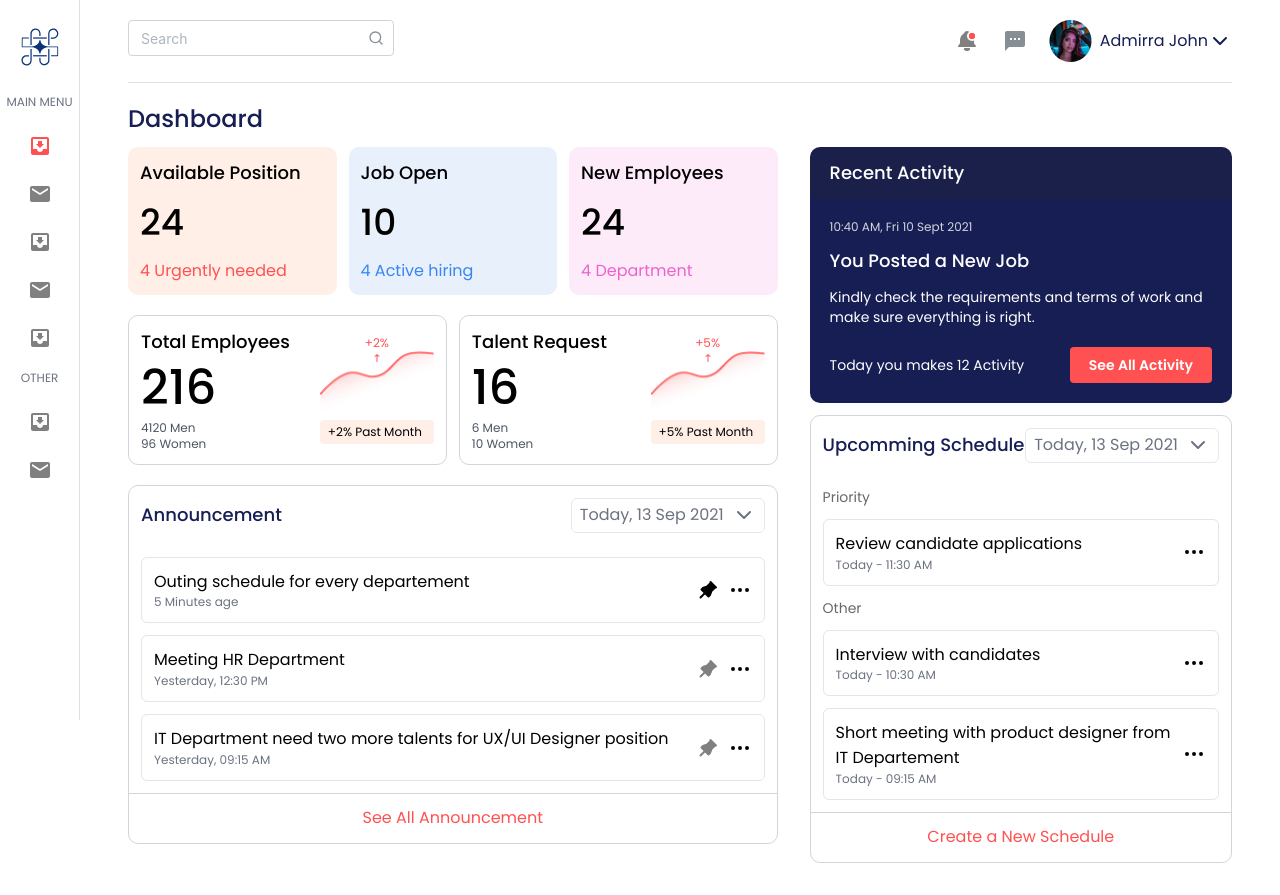
Repository: SatyaDewangan05/sample-dashboard
Page: /
These files come from the project's save history. The page is drawn as it stood at one moment and after the next save; the edit follows.
The browser window is 1280 px wide. The pictures show the whole page.
The project was rebuilt for these pictures with package versions that can differ from the ones it lists, and the page was loaded fresh each time. The framework's server and built-in components were replaced by stand-ins that run in the browser. Also part of the build but not shown: next.config.mjs.

Above is the page before, as saved 2024-09-22 09:53:27.

### src/app/layout.js
import localFont from "next/font/local";
import "./globals.css";
import { MantineProvider } from "@mantine/core";
import "@mantine/core/styles.css";

const geistSans = localFont({
  src: "./fonts/GeistVF.woff",
  variable: "--font-geist-sans",
  weight: "100 900",
});
const geistMono = localFont({
  src: "./fonts/GeistMonoVF.woff",
  variable: "--font-geist-mono",
  weight: "100 900",
});

import { Poppins } from "next/font/google";
const poppins = Poppins({
  weight: ["400", "500", "600", "700"], // You can choose different weights like '300', '500' etc.
  subsets: ["latin"],
});

export const metadata = {
  title: "Create Next App",
  description: "Generated by create next app",
};

export default function RootLayout({ children }) {
  return (
    <html lang="en">
      <body className={`${poppins.className} antialiased bg-white`}>
        <MantineProvider>{children}</MantineProvider>
      </body>
    </html>
  );
}

### src/app/page.jsx
"use client";

import Image from "next/image";
import MiniDrawer from "./components/Drawer";
import {
  ActionIcon,
  Anchor,
  Avatar,
  Button,
  Divider,
  Indicator,
  TextInput,
  Title,
} from "@mantine/core";
import { Search } from "lucide-react";
import {
  IconBellFilled,
  IconChevronCompactDown,
  IconChevronDown,
  IconDots,
  IconMenu2,
  IconPinFilled,
} from "@tabler/icons-react";
import TextsmsIcon from "@mui/icons-material/Textsms";
import DP from "@/images/dp.png";
import ThreeData from "./components/card/ThreeData";
import DetailChart from "./components/card/DetailChart";
import Event from "./components/card/Event";
import { useState } from "react";

export default function Home() {
  const [open, setOpen] = useState(false);
  return (
    <div className="flex">
      <MiniDrawer open={open} setOpen={setOpen} />
      <div className="w-full px-12">
        {/* Top Bar */}
        <div className="w-full py-5 flex justify-between relative">
          <div className="h-24 w-24 lg:hidden absolute -left-9 top-6 z-10 ">
            <IconMenu2
              className="hover:opacity-70 hover:cursor-pointer"
              onClick={() => setOpen((prevState) => !prevState)}
            />
          </div>
          <TextInput placeholder="Search" rightSection={<Search size={16} />} />
          <div className="flex items-center gap-5">
            <ActionIcon
              variant="transparent"
              color="gray"
              // c="black"
              aria-label="Settings"
            >
              <Indicator color="#FF5151" offset={7} withBorder>
                <IconBellFilled color="gray" />
              </Indicator>
            </ActionIcon>
            <ActionIcon
              variant="transparent"
              color="gray"
              // c="black"
              aria-label="Settings"
            >
              <TextsmsIcon color="gray" />
            </ActionIcon>
            <div className="flex gap-2 items-center">
              <Image src={DP} />
              <Anchor
                href="https://mantine.dev/"
                target="_blank"
                underline="never"
                c="#161E54"
              >
                <div className="flex items-center">
                  Admirra John
                  <IconChevronDown />
                </div>
              </Anchor>
            </div>
          </div>
        </div>

        <Divider />

        <div className="w-full py-5">
          <p className="text-2xl font-medium text-[#161E54]">Dashboard</p>
          <div className="py-3 grid grid-cols-1 lg:grid-cols-5 gap-5 lg:gap-8">
            {/* Left Section */}
            <div className="lg:col-span-3 flex flex-col gap-5">
              <div className="grid grid-cols-3 gap-3">
                <ThreeData
                  heading="Available Position"
                  figure={24}
                  text="4 Urgently needed"
                  bgColor="#FFEFE7"
                  textColor="#FF5151"
                />
                <ThreeData
                  heading="Job Open"
                  figure={10}
                  text="4 Active hiring"
                  bgColor="#E8F0FB"
                  textColor="#3786F1"
                />
                <ThreeData
                  heading="New Employees"
                  figure={24}
                  text="4 Department"
                  bgColor="#FDEBF9"
                  textColor="#EE61CF"
                />
              </div>
              <div className="grid grid-cols-2 gap-3">
                <DetailChart
                  heading="Total Employees"
                  figure={216}
                  texts={["4120 Men", "96 Women"]}
                  variation="+2%"
                />
                <DetailChart
                  heading="Talent Request"
                  figure={16}
                  texts={["6 Men", "10 Women"]}
                  variation="+5%"
                />
              </div>

              {/* Announcement */}
              <div className="rounded-[10px] border border-gray-300">
                <div className="p-3 flex justify-between items-center">
                  <p className="text-lg font-medium text-[#161E54]">
                    Announcement
                  </p>
                  <div className="px-2 py-1 rounded-md border border-gray-200 flex items-center gap-2 text-gray-500">
                    <p>Today, 13 Sep 2021</p>
                    <IconChevronDown />
                  </div>
                </div>
                <div className="p-3 flex flex-col gap-3">
                  <Event
                    text="Outing schedule for every departement"
                    lastUpdate="5 Minutes age"
                    pin={true}
                    prePinned={true}
                  />
                  <Event
                    text="Meeting HR Department"
                    lastUpdate="Yesterday, 12:30 PM"
                    pin={true}
                  />
                  <Event
                    text="IT Department need two more talents for UX/UI Designer position"
                    lastUpdate="Yesterday, 09:15 AM"
                    pin={true}
                  />
                </div>
                <Divider color="#d1d5db" />
                <div className="p-3 text-[#FF5151] text-center hover:text-opacity-60 hover:cursor-pointer">
                  {" "}
                  See All Announcement
                </div>
              </div>
            </div>

            {/* Right Section */}
            <div className="lg:col-span-2 flex lg:flex-col gap-3 items-start">
              <div className="rounded-[10px] overflow-hidden text-white">
                <p className="px-5 py-3 text-lg font-medium bg-[#1B204A]">
                  Recent Activity
                </p>
                <div className="p-5 bg-[#161E54]">
                  <p className="text-xs text-gray-300">
                    10:40 AM, Fri 10 Sept 2021
                  </p>
                  <p className="mt-3 text-lg font-medium">
                    You Posted a New Job
                  </p>
                  <p className="mt-3 text-sm">
                    Kindly check the requirements and terms of work and make
                    sure everything is right.
                  </p>
                  <div className="mt-5 lg:flex justify-between items-center">
                    <p className="text-sm mb-5 lg:mb-0">
                      Today you makes 12 Activity
                    </p>
                    <Button color="#FF5151" c="white">
                      See All Activity
                    </Button>
                  </div>
                </div>
              </div>
              <div className="rounded-[10px] border border-gray-300">
                <div className="p-3 flex justify-between items-center">
                  <p className="text-lg font-medium text-[#161E54]">
                    Upcomming Schedule
                  </p>
                  <div className="px-2 py-1 rounded-md border border-gray-200 flex items-center gap-2 text-gray-500">
                    <p>Today, 13 Sep 2021</p>
                    <IconChevronDown />
                  </div>
                </div>
                <div className="p-3 flex flex-col gap-3 overflow-hidden">
                  <p className="text-sm text-[#686868]">Priority</p>
                  <Event
                    text="Review candidate applications"
                    lastUpdate="Today - 11:30 AM"
                  />
                  <p className="text-sm text-[#686868]">Other</p>
                  <Event
                    text="Interview with candidates"
                    lastUpdate="Today - 10:30 AM"
                  />
                  <Event
                    text="Short meeting with product designer from IT Departement"
                    lastUpdate="Today - 09:15 AM"
                  />
                </div>
                <Divider color="#d1d5db" />
                <div className="p-3 text-[#FF5151] text-center hover:text-opacity-60 hover:cursor-pointer">
                  {" "}
                  Create a New Schedule
                </div>
              </div>
            </div>
          </div>
        </div>
      </div>
    </div>
  );
}

### src/app/globals.css
@tailwind base;
@tailwind components;
@tailwind utilities;

:root {
  --background: #ffffff;
  --foreground: #171717;
}

/* @media (prefers-color-scheme: dark) {
  :root {
    --background: #0a0a0a;
    --foreground: #ededed;
  }
} */

body {
  color: var(--foreground);
  background: var(--background);
  font-family: Arial, Helvetica, sans-serif;
}

@layer utilities {
  .text-balance {
    text-wrap: balance;
  }
}

@layer base {
  :root {
    --background: 0 0% 100%;
    --foreground: 0 0% 3.9%;
    --card: 0 0% 100%;
    --card-foreground: 0 0% 3.9%;
    --popover: 0 0% 100%;
    --popover-foreground: 0 0% 3.9%;
    --primary: 0 0% 9%;
    --primary-foreground: 0 0% 98%;
    --secondary: 0 0% 96.1%;
    --secondary-foreground: 0 0% 9%;
    --muted: 0 0% 96.1%;
    --muted-foreground: 0 0% 45.1%;
    --accent: 0 0% 96.1%;
    --accent-foreground: 0 0% 9%;
    --destructive: 0 84.2% 60.2%;
    --destructive-foreground: 0 0% 98%;
    --border: 0 0% 89.8%;
    --input: 0 0% 89.8%;
    --ring: 0 0% 3.9%;
    --chart-1: 12 76% 61%;
    --chart-2: 173 58% 39%;
    --chart-3: 197 37% 24%;
    --chart-4: 43 74% 66%;
    --chart-5: 27 87% 67%;
    --radius: 0.5rem;
  }
  .dark {
    --background: 0 0% 3.9%;
    --foreground: 0 0% 98%;
    --card: 0 0% 3.9%;
    --card-foreground: 0 0% 98%;
    --popover: 0 0% 3.9%;
    --popover-foreground: 0 0% 98%;
    --primary: 0 0% 98%;
    --primary-foreground: 0 0% 9%;
    --secondary: 0 0% 14.9%;
    --secondary-foreground: 0 0% 98%;
    --muted: 0 0% 14.9%;
    --muted-foreground: 0 0% 63.9%;
    --accent: 0 0% 14.9%;
    --accent-foreground: 0 0% 98%;
    --destructive: 0 62.8% 30.6%;
    --destructive-foreground: 0 0% 98%;
    --border: 0 0% 14.9%;
    --input: 0 0% 14.9%;
    --ring: 0 0% 83.1%;
    --chart-1: 220 70% 50%;
    --chart-2: 160 60% 45%;
    --chart-3: 30 80% 55%;
    --chart-4: 280 65% 60%;
    --chart-5: 340 75% 55%;
  }
}

@layer base {
  * {
    @apply border-border;
  }
  body {
    @apply bg-background text-foreground;
  }
}

### src/app/components/Drawer.jsx
"use client";

import { styled } from "@mui/material/styles";
import MuiDrawer from "@mui/material/Drawer";
import List from "@mui/material/List";
import IconButton from "@mui/material/IconButton";
import MenuIcon from "@mui/icons-material/Menu";

import ListItem from "@mui/material/ListItem";
import ListItemButton from "@mui/material/ListItemButton";
import ListItemIcon from "@mui/material/ListItemIcon";
import ListItemText from "@mui/material/ListItemText";
import InboxIcon from "@mui/icons-material/MoveToInbox";
import MailIcon from "@mui/icons-material/Mail";
import { useState } from "react";
import Image from "next/image";

import Logo from "@/images/logo.svg";
import LogoWithName from "@/images/logo_with_name.png";
import { IconMenu2 } from "@tabler/icons-react";

const drawerWidth = 220;

const openedMixin = (theme) => ({
  width: drawerWidth,
  transition: theme.transitions.create("width", {
    easing: theme.transitions.easing.sharp,
    duration: theme.transitions.duration.enteringScreen,
  }),
  overflowX: "hidden",
});

const closedMixin = (theme) => ({
  transition: theme.transitions.create("width", {
    easing: theme.transitions.easing.sharp,
    duration: theme.transitions.duration.leavingScreen,
  }),
  overflowX: "hidden",
  width: "80px",
  [theme.breakpoints.up("sm")]: {
    width: "80px",
  },
});

const DrawerHeader = styled("div")(({ theme }) => ({
  display: "flex",
  alignItems: "center",
  justifyContent: "center",
  padding: "20px",
  // necessary for content to be below app bar
  ...theme.mixins.toolbar,
}));

const Drawer = styled(MuiDrawer, {
  shouldForwardProp: (prop) => prop !== "open",
})(({ theme }) => ({
  width: drawerWidth,
  flexShrink: 0,
  whiteSpace: "nowrap",
  boxSizing: "border-box",
  variants: [
    {
      props: ({ open }) => open,
      style: {
        ...openedMixin(theme),
        "& .MuiDrawer-paper": openedMixin(theme),
      },
    },
    {
      props: ({ open }) => !open,
      style: {
        ...closedMixin(theme),
        "& .MuiDrawer-paper": closedMixin(theme),
      },
    },
  ],
}));

export default function MiniDrawer({ open, setOpen }) {
  const [active, setActive] = useState("Dashboard");

  return (
    <Drawer variant="permanent" open={open}>
      <DrawerHeader>
        <IconButton onClick={() => setOpen((prevState) => !prevState)}>
          {open ? (
            <Image src={LogoWithName} alt="Images" />
          ) : (
            <Image className="mx-auto" src={Logo} alt="Images" />
          )}
        </IconButton>
      </DrawerHeader>
      <p
        className={`h-5 uppercase text-xs  text-gray-500 ${
          open ? "pl-5" : "text-center"
        }`}
      >
        Main Menu
      </p>
      <List>
        {["Dashboard", "Recruitment", "Schedule", "Employee", "Department"].map(
          (text, index) => (
            <ListItem key={text} disablePadding sx={{ display: "block" }}>
              <ListItemButton
                sx={[
                  {
                    minHeight: 48,
                    px: 2,
                    color: active === text ? "#FF5151" : "unset",
                  },
                  open
                    ? {
                        justifyContent: "initial",
                      }
                    : {
                        justifyContent: "center",
                      },
                ]}
                onClick={() => setActive(text)}
              >
                <ListItemIcon
                  sx={[
                    {
                      //   minWidth: 0,
                      justifyContent: "center",
                      color: active === text ? "#FF5151" : "gray",
                    },
                    open
                      ? {
                          mr: 2,
                        }
                      : {
                          mx: "auto",
                        },
                  ]}
                >
                  {index % 2 === 0 ? <InboxIcon /> : <MailIcon />}
                </ListItemIcon>
                <ListItemText
                  primary={text}
                  sx={[
                    open
                      ? {
                          opacity: 1,
                        }
                      : {
                          opacity: 0,
                        },
                  ]}
                />
              </ListItemButton>
            </ListItem>
          )
        )}
      </List>
      <p
        className={`h-5 uppercase text-xs text-gray-500 ${
          open ? " pl-5" : "text-center"
        }`}
      >
        Other
      </p>
      <List>
        {["Support", "Settings"].map((text, index) => (
          <ListItem key={text} disablePadding sx={{ display: "block" }}>
            <ListItemButton
              sx={[
                {
                  minHeight: 48,
                  px: 2,
                },
                open
                  ? {
                      justifyContent: "initial",
                    }
                  : {
                      justifyContent: "center",
                    },
              ]}
              onClick={() => setActive(text)}
            >
              <ListItemIcon
                sx={[
                  {
                    justifyContent: "center",
                    color: active === text ? "#FF5151" : "gray",
                  },
                  open
                    ? {
                        mr: 2,
                      }
                    : {
                        mx: "auto",
                      },
                ]}
              >
                {index % 2 === 0 ? <InboxIcon /> : <MailIcon />}
              </ListItemIcon>
              <ListItemText
                primary={text}
                sx={[
                  open
                    ? {
                        opacity: 1,
                      }
                    : {
                        opacity: 0,
                      },
                ]}
              />
            </ListItemButton>
          </ListItem>
        ))}
      </List>
    </Drawer>
  );
}

### src/app/components/card/ThreeData.jsx
const ThreeData = ({ heading, figure, text, bgColor, textColor }) => {
  return (
    <div
      className="p-3 rounded-[10px] flex flex-col gap-2"
      style={{ backgroundColor: bgColor ? bgColor : "gray" }}
    >
      <p className="text-lg font-medium">{heading}</p>
      <p className="text-[36px] font-medium">{figure}</p>
      <p
        className="text-base"
        style={{ color: textColor ? textColor : "white" }}
      >
        {text}
      </p>
    </div>
  );
};

export default ThreeData;

### src/app/components/card/DetailChart.jsx
import Image from "next/image";
import Graph from "@/images/graph.png";
import GraphLine from "@/images/graph-line.png";
import UpArrow from "@/images/up-arrow.png";

const DetailChart = ({ heading, figure, texts, variation }) => {
  return (
    <div className="p-3 rounded-[10px] border border-gray-300 flex justify-between items-center">
      <div className="flex flex-col gap-2">
        <p className="text-lg font-medium">{heading}</p>
        <p className="text-5xl font-medium">{figure}</p>
        <div>
          {Array.isArray(texts)
            ? texts.map((text, index) => (
                <p key={index} className="text-xs text-gray-600">
                  {text}
                </p>
              ))
            : null}
        </div>
      </div>
      <div className="flex flex-col justify-center">
        <div className="flex flex-col  items-center">
          <p className="text-xs text-[#FF5151] text-center">{variation}</p>
          <div className="h-[69px] w-[114px] relative">
            <Image
              src={UpArrow}
              className="absolute -top-[2px] left-1/2 -translate-x-1/2 z-30"
            />
            <Image src={GraphLine} className="absolute top-0 z-30" />
            <Image src={Graph} className="absolute top-0 z-30" />
          </div>
        </div>
        <div className="px-2 py-1 text-xs rounded bg-[#FFEFE7]">
          {variation} Past Month
        </div>
      </div>
    </div>
  );
};

export default DetailChart;

### src/app/components/card/Event.jsx
import { IconDots, IconPinFilled } from "@tabler/icons-react";
import { useState } from "react";

const Event = ({ text, lastUpdate, pin, prePinned }) => {
  const [pinned, setPinned] = useState(prePinned ? true : false);
  return (
    <div className="w-full p-3 rounded-md border flex justify-between items-center">
      <div>
        <p>{text}</p>
        <p className="text-xs text-gray-500">{lastUpdate}</p>
      </div>
      <div className="flex gap-2 items-center">
        {pin ? (
          <IconPinFilled
            color={pinned ? "unset" : "gray"}
            className="hover:cursor-pointer"
            onClick={() => setPinned((prevState) => !prevState)}
          />
        ) : null}
        <IconDots />
      </div>
    </div>
  );
};

export default Event;

### tailwind.config.js
/** @type {import('tailwindcss').Config} */
module.exports = {
  darkMode: ["class"],
  content: [
    "./src/pages/**/*.{js,ts,jsx,tsx,mdx}",
    "./src/components/**/*.{js,ts,jsx,tsx,mdx}",
    "./src/app/**/*.{js,ts,jsx,tsx,mdx}",
  ],
  theme: {
    extend: {
      colors: {
        background: "hsl(var(--background))",
        foreground: "hsl(var(--foreground))",
        card: {
          DEFAULT: "hsl(var(--card))",
          foreground: "hsl(var(--card-foreground))",
        },
        popover: {
          DEFAULT: "hsl(var(--popover))",
          foreground: "hsl(var(--popover-foreground))",
        },
        primary: {
          DEFAULT: "hsl(var(--primary))",
          foreground: "hsl(var(--primary-foreground))",
        },
        secondary: {
          DEFAULT: "hsl(var(--secondary))",
          foreground: "hsl(var(--secondary-foreground))",
        },
        muted: {
          DEFAULT: "hsl(var(--muted))",
          foreground: "hsl(var(--muted-foreground))",
        },
        accent: {
          DEFAULT: "hsl(var(--accent))",
          foreground: "hsl(var(--accent-foreground))",
        },
        destructive: {
          DEFAULT: "hsl(var(--destructive))",
          foreground: "hsl(var(--destructive-foreground))",
        },
        border: "hsl(var(--border))",
        input: "hsl(var(--input))",
        ring: "hsl(var(--ring))",
        chart: {
          1: "hsl(var(--chart-1))",
          2: "hsl(var(--chart-2))",
          3: "hsl(var(--chart-3))",
          4: "hsl(var(--chart-4))",
          5: "hsl(var(--chart-5))",
        },
      },
      borderRadius: {
        lg: "var(--radius)",
        md: "calc(var(--radius) - 2px)",
        sm: "calc(var(--radius) - 4px)",
      },
    },
    screens: {
      sm: "640px",
      // => @media (min-width: 640px) { ... }

      md: "768px",
      // => @media (min-width: 768px) { ... }

      lg: "834px",
      // => @media (min-width: 1024px) { ... }

      xl: "1280px",
      // => @media (min-width: 1280px) { ... }

      "2xl": "1536px",
      // => @media (min-width: 1536px) { ... }
    },
  },
  plugins: [require("tailwindcss-animate")],
};

After the next save:
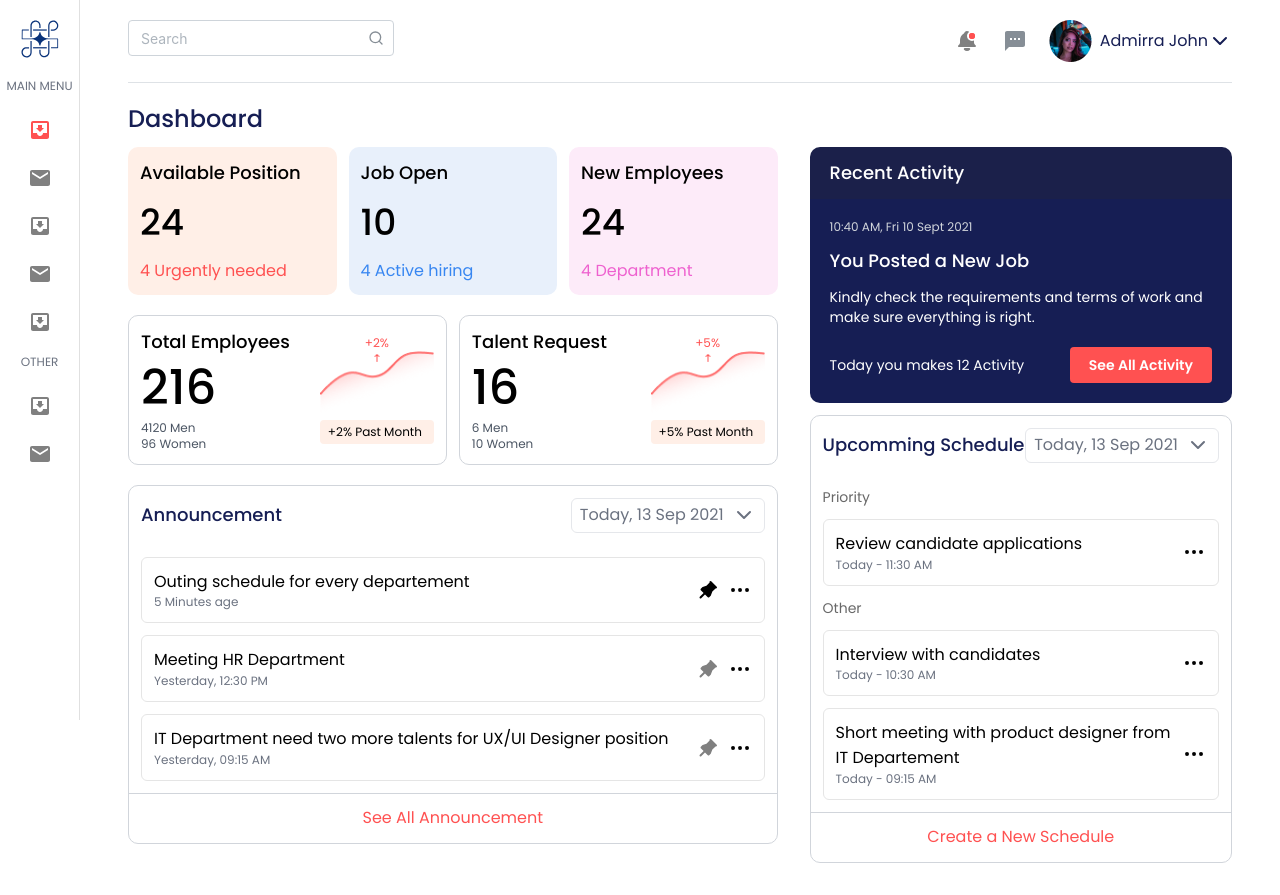
Saved 18 s later.
--- a/src/app/components/Drawer.jsx
+++ b/src/app/components/Drawer.jsx
@@ -82,13 +82,11 @@ export default function MiniDrawer({ open, setOpen }) {
   return (
     <Drawer variant="permanent" open={open}>
       <DrawerHeader>
-        <IconButton onClick={() => setOpen((prevState) => !prevState)}>
-          {open ? (
-            <Image src={LogoWithName} alt="Images" />
-          ) : (
-            <Image className="mx-auto" src={Logo} alt="Images" />
-          )}
-        </IconButton>
+        {open ? (
+          <Image src={LogoWithName} alt="Images" />
+        ) : (
+          <Image className="mx-auto" src={Logo} alt="Images" />
+        )}
       </DrawerHeader>
       <p
         className={`h-5 uppercase text-xs  text-gray-500 ${
